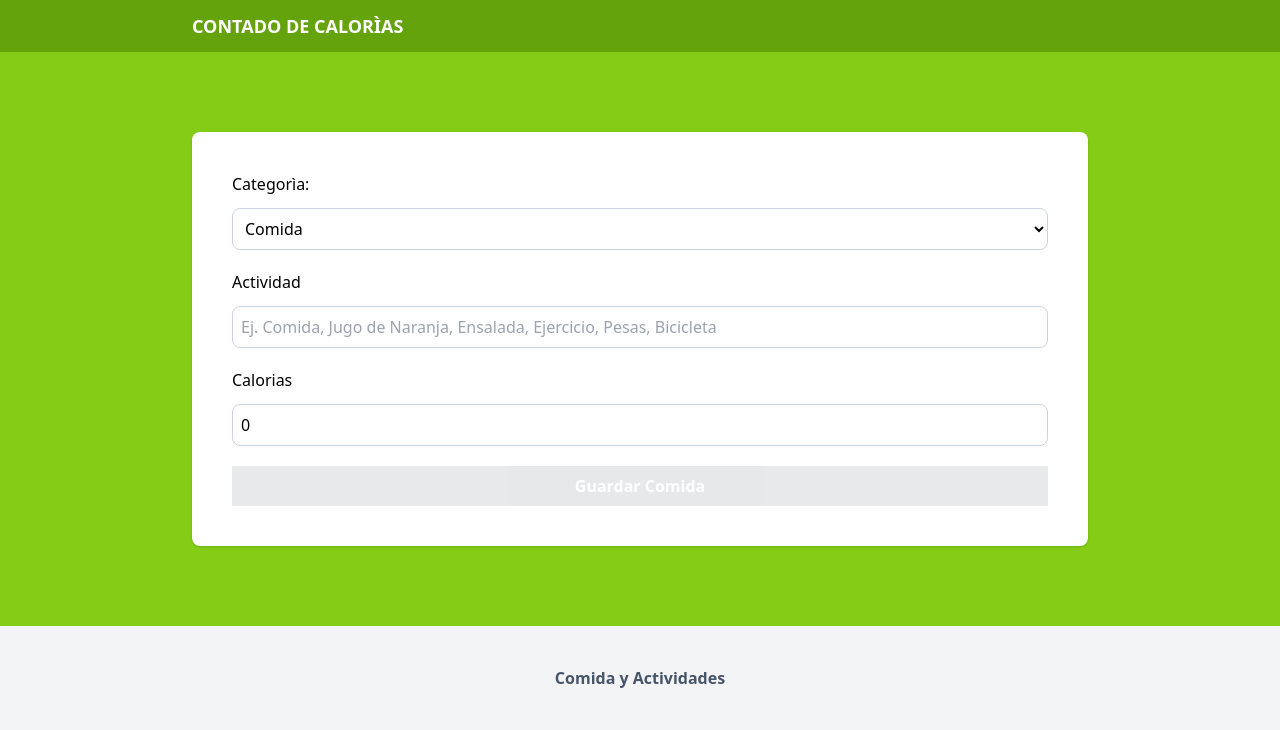
Repository: Matiiu/calorie-tracker
Page: /
An editor plug-in stored every save of this project. The page is shown before and after the next save, followed by the edit.
The browser window is 1280 px wide. The pictures show the whole page.
The project was rebuilt for these pictures with package versions that can differ from the ones it lists, and the page was loaded fresh each time. Also part of the build but not shown: vite.config.ts.

Above is the page before, as saved 2024-04-01 13:21:06.

After the next save:
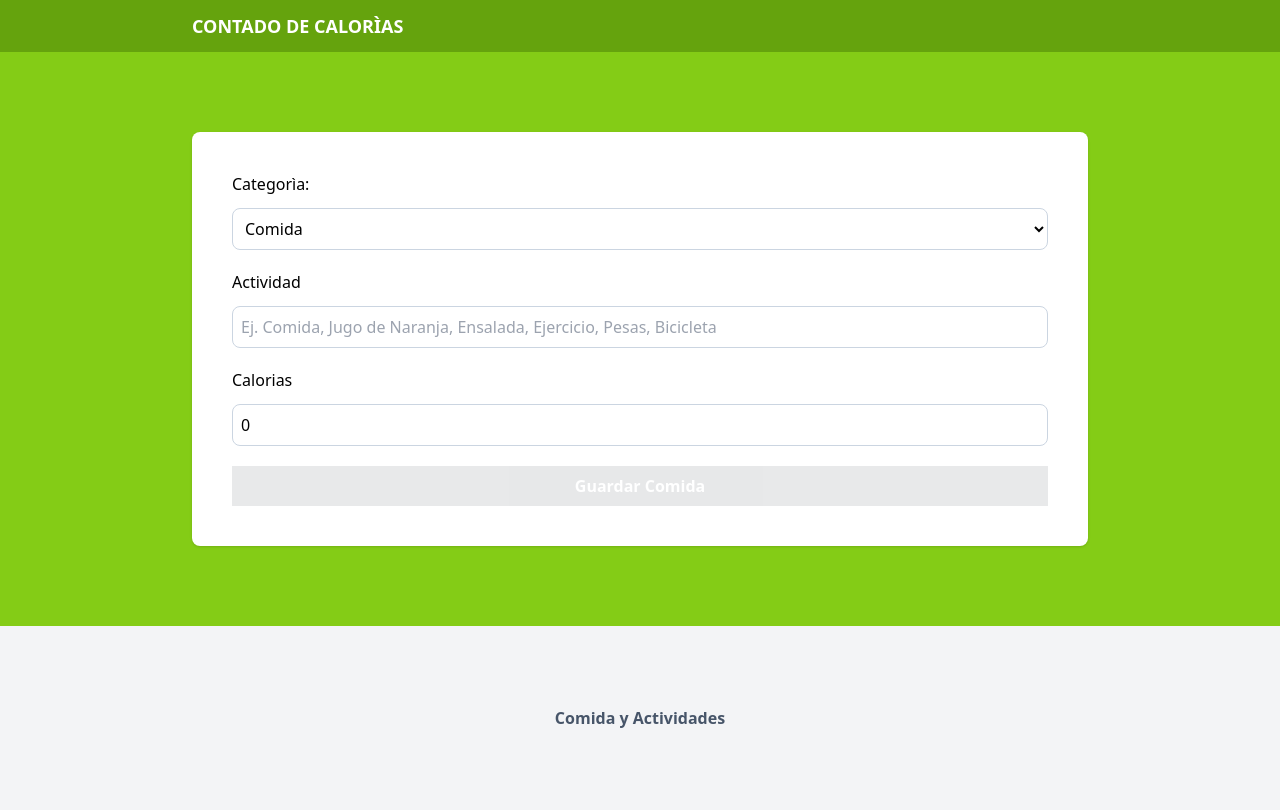
Saved 16 s later.
--- a/src/App.tsx
+++ b/src/App.tsx
@@ -24,7 +24,7 @@ export default function App() {
       </section>
 
       <section className="p-10 bg-gray-100">
-        <div className="mx-auto max-w-4xl text-center">
+        <div className="mx-auto max-w-4xl text-center p-10">
           <ActivityList activities={state.activities} />
         </div>
       </section>
